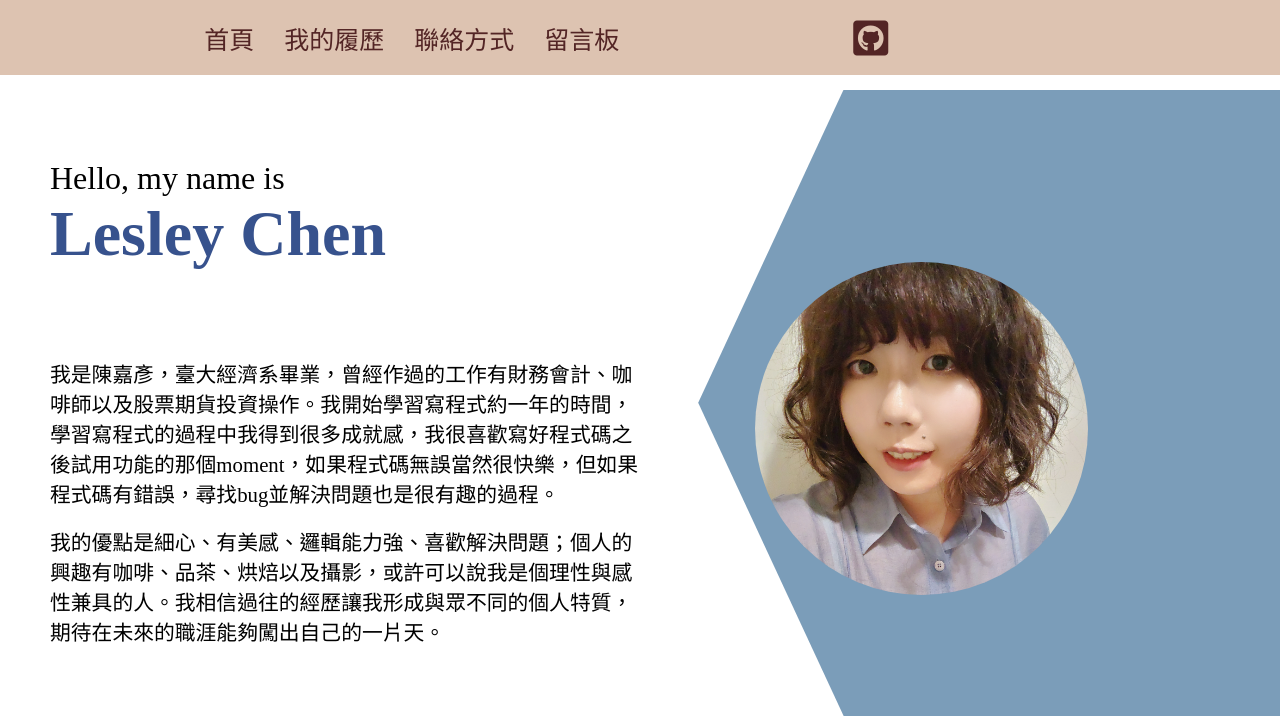
Repository: lcjyc/portfolio-website
Page: /
These files come from the project's save history. The page is drawn as it stood at one moment and after the next save; the edit follows.
The browser window is 1280 px wide. The pictures show the whole page.
The project was rebuilt for these pictures with package versions that can differ from the ones it lists, and the page was loaded fresh each time. Also part of the build but not shown: src/pages/resume/resume.css, src/pages/resume/Resume.jsx, src/pages/contact/contact.css, src/pages/contact/Contact.jsx.

Above is the page before, as saved 2022-08-20 09:29:08.

### public/index.html
<!DOCTYPE html>
<html lang="zh-tw">
  <head>
    <meta charset="utf-8" />
    <meta name="viewport" content="width=device-width, initial-scale=1" />
    <meta name="theme-color" content="#000000" />
    <meta
      name="description"
      content="Web site created using create-react-app"
    />
    <link
      href="https://fonts.googleapis.com/css2?family=Josefin+Sans:wght@100;200;300;400;500;600;700&family=Lora:ital@0;1&family=Varela&family=Varela+Round&display=swap"
      rel="stylesheet"
    />
    <link
      rel="stylesheet"
      href="https://cdnjs.cloudflare.com/ajax/libs/font-awesome/5.15.3/css/all.min.css"
      integrity="sha512-iBBXm8fW90+nuLcSKlbmrPcLa0OT92xO1BIsZ+ywDWZCvqsWgccV3gFoRBv0z+8dLJgyAHIhR35VZc2oM/gI1w=="
      crossorigin="anonymous"
    />
    <style>
      * {
        margin: 0;
      }
    </style>
    <style>
      .link {
        text-decoration: none;
        color: inherit;
      }
    </style>
    <title>Lesley Chen|Portfolio</title>
  </head>

  <body>
    <noscript>You need to enable JavaScript to run this app.</noscript>
    <div id="root"></div>
  </body>
</html>

### src/App.js
import TopBar from "./components/topbar/TopBar";
import Home from "./pages/home/Home";
import Resume from "./pages/resume/Resume";
import Contact from "./pages/contact/Contact";
import { BrowserRouter as Router, Routes, Route } from "react-router-dom";

function App() {
  return (
    <Router>
      <TopBar />
      <Routes>
        <Route path="/" element={<Home />} />
        <Route path="/resume" element={<Resume />} />
        <Route path="/contact" element={<Contact />} />
      </Routes>
    </Router>
  );
}

export default App;

### src/components/topbar/TopBar.jsx
import { Link } from "react-router-dom";
import "./topbar.css";

export default function TopBar() {
  return (
    <div className="top">
      <div className="topLeft">
        <ul className="topList">
          <li className="topListItem">
            <Link className="link" to="/">
              首頁
            </Link>
          </li>
          <li className="topListItem">
            <Link className="link" to="/resume">
              我的履歷
            </Link>
          </li>
          <li className="topListItem">
            <Link className="link" to="/contact">
              聯絡方式
            </Link>
          </li>
          <li className="topListItem">
            <Link className="link" to="/bulletin">
              留言板
            </Link>
          </li>
        </ul>
      </div>
      <div className="topRight">
        <a href="https://github.com/lcjyc/">
          <i className="topIcon fab fa-github-square"></i>
        </a>
      </div>
    </div>
  );
}

### src/pages/home/Home.jsx
import "./home.css";
import profilePic from "../../images/profile-pic.jpg";

const Home = () => {
  return (
    <div className="i">
      <div className="i-left">
        <div className="i-left-wrapper">
          <div className="i-name">
            <h2 className="i-intro">Hello, my name is</h2>
            <h1 className="myname">Lesley Chen</h1>
          </div>
          <div className="i-title">
            <div className="i-title-wrapper">
              <div className="i-title-item">Web Developer</div>
              <div className="i-title-item">Front-End Engineer</div>
            </div>
          </div>
          <div className="i-desc">
            <p>
              我是陳嘉彥，臺大經濟系畢業，曾經作過的工作有財務會計、咖啡師以及股票期貨投資操作。我開始學習寫程式約一年的時間，學習寫程式的過程中我得到很多成就感，我很喜歡寫好程式碼之後試用功能的那個moment，如果程式碼無誤當然很快樂，但如果程式碼有錯誤，尋找bug並解決問題也是很有趣的過程。
            </p>
            <br />
            <p>
              我的優點是細心、有美感、邏輯能力強、喜歡解決問題；個人的興趣有咖啡、品茶、烘焙以及攝影，或許可以說我是個理性與感性兼具的人。我相信過往的經歷讓我形成與眾不同的個人特質，期待在未來的職涯能夠闖出自己的一片天。
            </p>
          </div>
        </div>
      </div>
      <div className="i-right">
        <div className="i-bg"></div>
        <img src={profilePic} alt="" className="i-img" />
      </div>
    </div>
  );
};

export default Home;

### src/components/topbar/topbar.css
.top {
  width: 100%;
  height: 6vh;
  background-color: rgb(221, 195, 177);
  position: sticky;
  top: 0;
  padding: 1rem 0rem;
  display: flex;
  align-items: center;
  z-index: 999;
}

.topLeft {
  flex: 6;
  display: flex;
  align-items: center;
  justify-content: center;
}

.topRight {
  flex: 3;
  display: flex;
}

.topIcon {
  font-size: 40px;
  margin-right: 10px;
  color: rgb(83, 37, 37);
  cursor: pointer;
}

.topImg {
  width: 40px;
  height: 40px;
  border-radius: 50%;
  object-fit: cover;
  cursor: pointer;
}

.topList {
  display: flex;
  justify-content: center;
  margin: 0;
  padding: 0;
  list-style: none;
}

.topListItem {
  margin-right: 30px;
  font-size: 25px;
  color: rgb(83, 37, 37);
  cursor: pointer;
}

.topListItem :hover {
  color: white;
}

### src/pages/home/home.css
.i {
  display: flex;
  height: 87vh;
  width: 100%;
  padding-top: 2vh;
}

.i-left {
  flex: 6;
  display: flex;
  justify-content: center;
}

.i-right {
  flex: 5;
  position: relative;
}

.i-left-wrapper {
  padding: 70px 50px 60px 50px;
  height: 50%;
  display: flex;
  flex-direction: column;
  justify-content: space-between;
}

.i-name {
  height: 40%;
}

.i-intro {
  font-size: 2rem;
  font-weight: 300;
}

.myname {
  font-size: 4rem;
  color: rgb(55, 82, 141);
}

.i-title {
  height: 15%;
  flex-shrink: 0;
  overflow: hidden;
}

.i-title-wrapper {
  height: 100%;
  animation: move 6s ease-in-out infinite alternate;
}

@keyframes move {
  50% {
    transform: translateY(-50px);
  }
  100% {
    transform: translateY(-100px);
  }
}

.i-title-item {
  height: 50px;
  font-size: 30px;
  font-weight: bold;
  color: rgb(48, 83, 46);
  display: flex;
  align-items: center;
}

.i-desc {
  padding-top: 40px;
}

.i-desc > p {
  font-size: 1.3rem;
}

.i-img {
  object-fit: cover;
  position: absolute;
  border-radius: 50%;
  width: 26vw;
  height: 26vw;
  top: 24vh;
  right: 15vw;
}

.i-bg {
  clip-path: polygon(100% 0%, 100% 51%, 100% 100%, 25% 100%, 0% 50%, 25% 0%);
  background-color: rgb(67, 116, 156, 0.7);
  width: 100%;
  height: 100%;
  position: absolute;
  top: 0;
  right: 0;
}

@media screen and (max-width: 480px) {
  .i {
    flex-direction: column;
  }

  .i-left-wrapper {
    padding: 10px;
    align-items: center;
    justify-content: center;
    text-align: center;
    height: 100%;
  }
}

Loaded but not shown: src/index.js (common file)

After the next save:
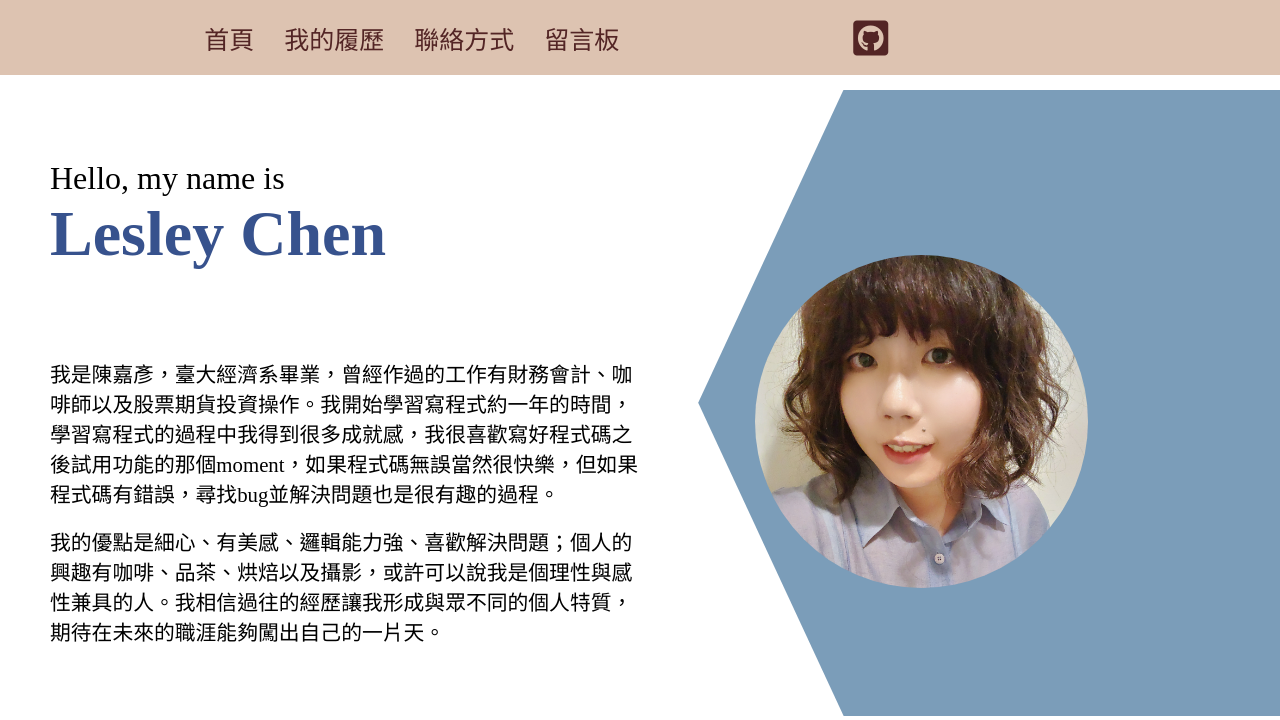
Saved 12 s later.
--- a/src/pages/home/home.css
+++ b/src/pages/home/home.css
@@ -81,7 +81,7 @@
   border-radius: 50%;
   width: 26vw;
   height: 26vw;
-  top: 24vh;
+  top: 23vh;
   right: 15vw;
 }
 
